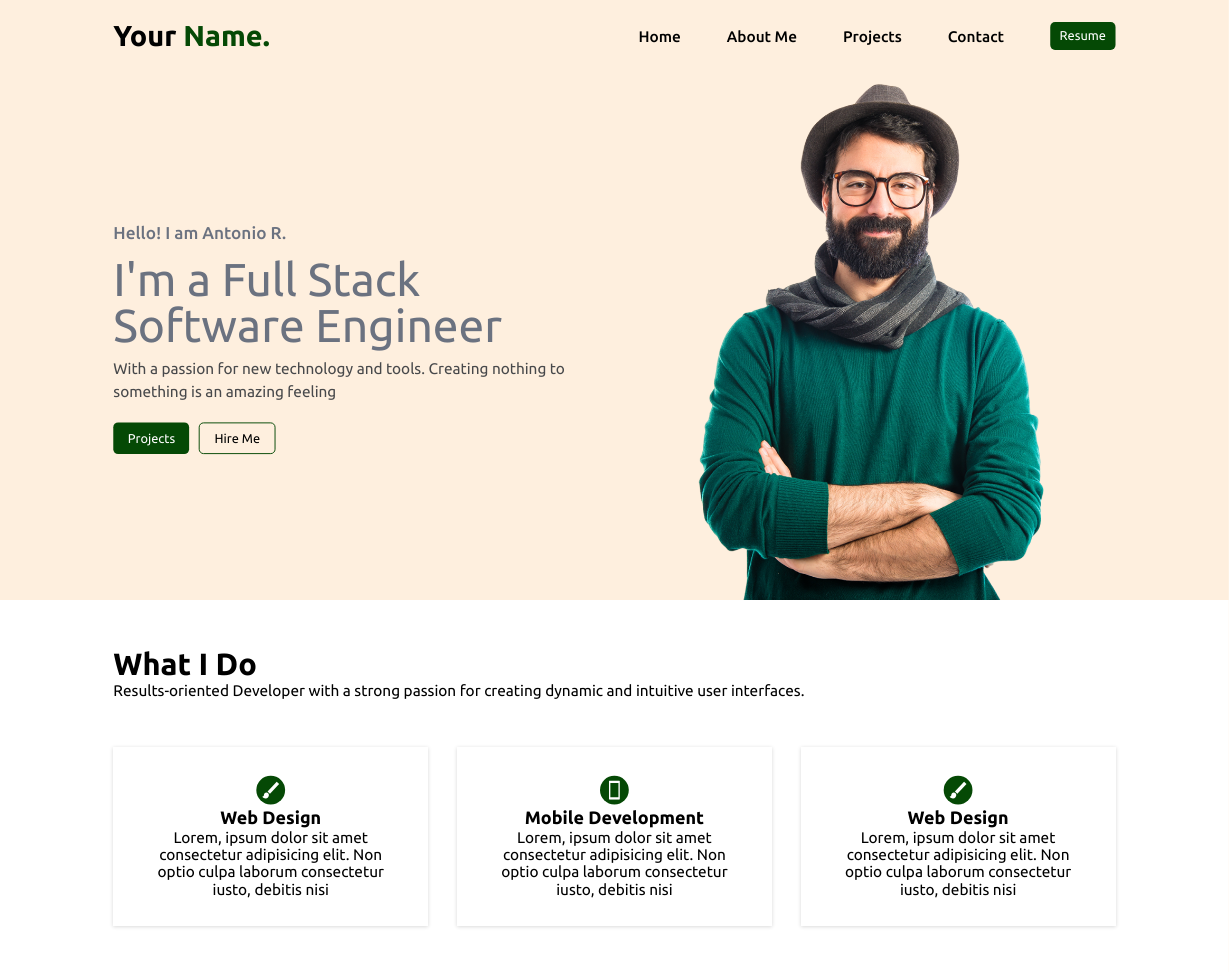
Repository: DevAntonioRogers/vanilla-portfolio
Page: index.html
An editor plug-in stored every save of this project. The page is shown before and after the next save, followed by the edit.
The browser window is 1280 px wide. The pictures show the whole page, at 96% of full size.

Above is the page before, as saved 2023-07-14 23:00:12.

### index.html
<!DOCTYPE html>
<html lang="en">
  <head>
    <meta charset="UTF-8" />
    <meta name="viewport" content="width=device-width, initial-scale=1.0" />
    <link rel="stylesheet" href="style.css" />
    <script type="module" src="https://unpkg.com/ionicons@7.1.0/dist/ionicons/ionicons.esm.js"></script>
    <script nomodule src="https://unpkg.com/ionicons@7.1.0/dist/ionicons/ionicons.js"></script>
    <title>Antonio Rogers</title>
  </head>
  <body>
    <nav>
      <div class="container navbar">
        <a href="/" aria-label="Home">
          <h1>Your <span>Name.</span></h1></a
        >
        <ul>
          <li>
            <a href="/" aria-label="Home">Home</a>
          </li>
          <li>
            <a href="/" aria-label="About Me">About Me</a>
          </li>
          <li>
            <a href="/" aria-label="Projects">Projects</a>
          </li>
          <li>
            <a href="/" aria-label="Contact">Contact</a>
          </li>
          <li>
            <a href="/resume.pdf" download aria-label="Download Resume">
              <button class="navbar-button">Resume</button>
            </a>
          </li>
        </ul>
      </div>
    </nav>

    <section class="hero">
      <div class="container hero-container">
        <div class="hero-info">
          <h4>Hello! I am Antonio R.</h4>
          <h1>I'm a Full Stack Software Engineer</h1>
          <p>With a passion for new technology and tools. Creating nothing to something is an amazing feeling</p>

          <div class="hero-btn-container">
            <button>Projects</button>
            <button>Hire Me</button>
          </div>
        </div>

        <div class="hero-image-container">
          <img src="hero.png" alt="" />
        </div>
      </div>
    </section>

    <section class="skills">
      <div class="container skills-container">
        <div class="skills-heading">
          <h2>What I Do</h2>
          <p>
            Results-oriented Developer with a strong passion for creating dynamic and
            <span>intuitive user interfaces</span>.
          </p>
        </div>

        <div class="skills-boxes">
          <div class="skill-box">
            <ion-icon name="brush-sharp"></ion-icon>
            <h3>Web Design</h3>
            <p>
              Lorem, ipsum dolor sit amet consectetur adipisicing elit. Non optio culpa laborum consectetur iusto,
              debitis nisi
            </p>
          </div>
          <div class="skill-box">
            <ion-icon name="phone-portrait-sharp"></ion-icon>
            <h3>Mobile Development</h3>
            <p>
              Lorem, ipsum dolor sit amet consectetur adipisicing elit. Non optio culpa laborum consectetur iusto,
              debitis nisi
            </p>
          </div>
          <div class="skill-box">
            <ion-icon name="brush-sharp"></ion-icon>
            <h3>Web Design</h3>
            <p>
              Lorem, ipsum dolor sit amet consectetur adipisicing elit. Non optio culpa laborum consectetur iusto,
              debitis nisi
            </p>
          </div>
        </div>
      </div>
    </section>
  </body>
</html>

### style.css
@import url("https://fonts.googleapis.com/css2?family=Ubuntu:wght@300;400;500;700&display=swap");

* {
  box-sizing: border-box;
  padding: 0;
  margin: 0;
  font-family: "Ubuntu", sans-serif;
}

a {
  text-decoration: none;
  color: inherit;
}

li {
  list-style: none;
}

.container {
  width: 89%;
  margin: auto;
  max-width: 1044px;
}

ion-icon {
  background-color: rgb(5, 73, 5);
  padding: 5px;
  font-size: 20px;
  color: white;
  border-radius: 50px;
}

/* NAVBAR STYLING */

nav {
  background: #feefde;
  padding: 20px 0;
}

.navbar {
  display: flex;
  justify-content: space-between;
  align-items: center;
}

.navbar h1 {
  font-size: 30px;
  font-weight: 700;
}

.navbar span {
  color: rgb(5, 73, 5);
}

.navbar ul {
  display: flex;
  align-items: center;
  gap: 3rem;
}

.navbar ul li {
  font-weight: 500;
}

.navbar-button {
  background-color: rgb(5, 73, 5);
  padding: 7px 10px;
  border-radius: 5px;
  color: white;
  border: none;
}

/* HERO STYLES */

.hero {
  background-color: #feefde;
}

.hero-container {
  display: grid;
  grid-template-columns: repeat(2, minmax(0, 1fr));
  align-items: center;
  gap: 1.5rem;
}

.hero-image-container {
  display: flex;
  justify-content: center;
  align-items: center;
}

.hero-info h4 {
  font-size: 1.12rem;
  line-height: 1.75rem;
  color: #6b7280;
  font-weight: 500;
  margin-bottom: 10px;
}

.hero-info h1 {
  font-size: 3rem;
  line-height: 1;
  color: #6b7280;
  font-weight: 400;
  margin-bottom: 10px;
}

.hero-info p {
  font-size: 1rem;
  line-height: 1.5rem;
  font-weight: 400;
  color: #48494b;
}

.hero-btn-container {
  margin-top: 20px;
  display: flex;
  gap: 10px;
}
.hero-btn-container button:nth-child(1) {
  background-color: rgb(5, 73, 5);
  color: white;
  border: none;
  padding: 8px 15px;
  border-radius: 5px;
}

.hero-btn-container button:nth-child(2) {
  background-color: transparent;
  padding: 8px 15px;
  border-radius: 5px;
  border: solid 1px rgb(5, 73, 5);
}

.hero-container img {
  height: 550px;
  position: relative;
}

/* Skills Styles */

.skills {
  padding: 3rem 0;
}

.skills-heading h2 {
  font-size: 2rem;
}

.skills-boxes {
  display: grid;
  grid-template-columns: repeat(3, minmax(0, 1fr));
  gap: 30px;
  text-align: center;
  margin-top: 50px;
}

.skill-box {
  box-shadow: rgba(0, 0, 0, 0.16) 0px 1px 4px;
  padding: 30px;
}

After the next save:
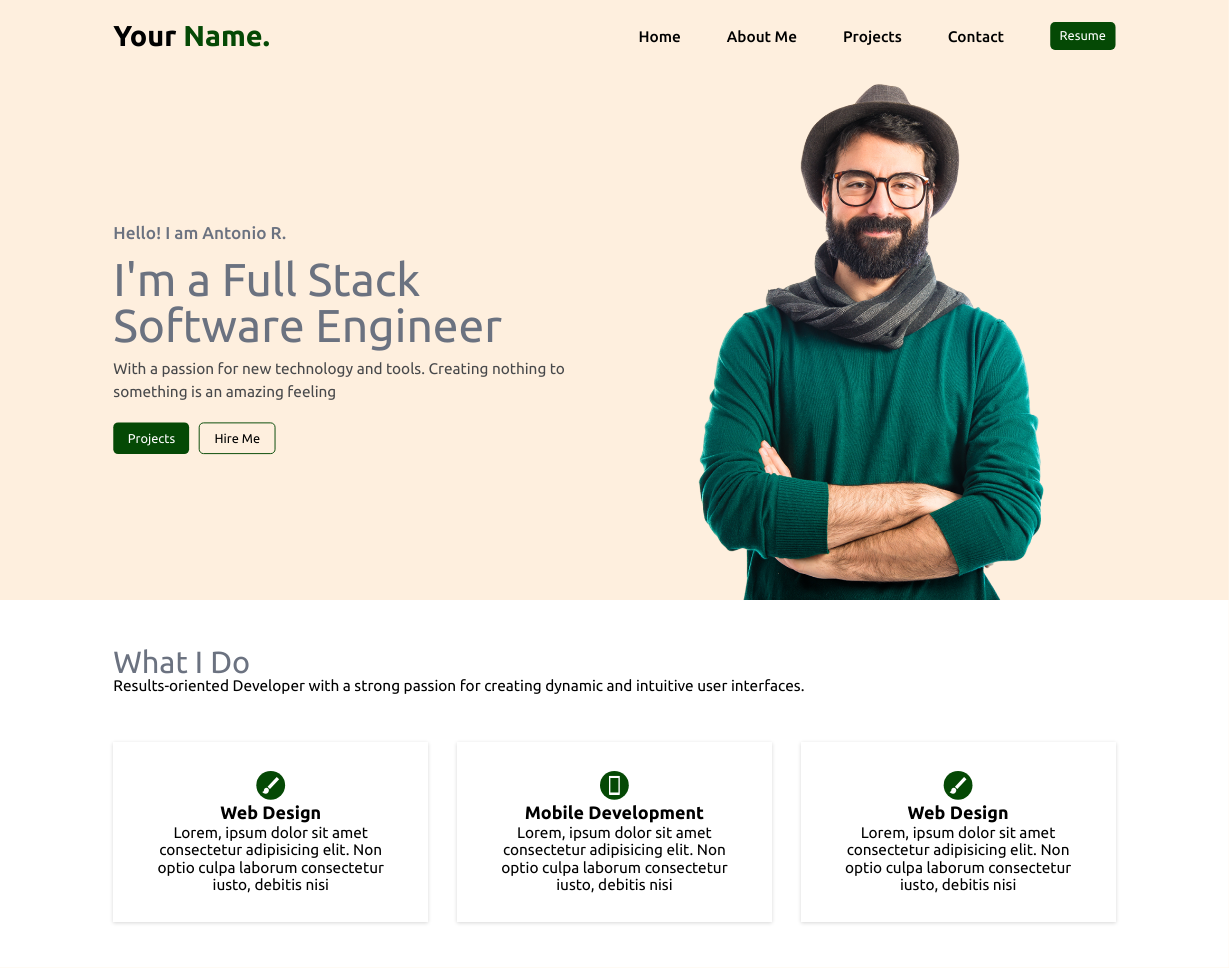
Saved 22 s later.
--- a/style.css
+++ b/style.css
@@ -145,6 +145,9 @@ nav {
 
 .skills-heading h2 {
   font-size: 2rem;
+  line-height: 1;
+  color: #6b7280;
+  font-weight: 400;
 }
 
 .skills-boxes {
